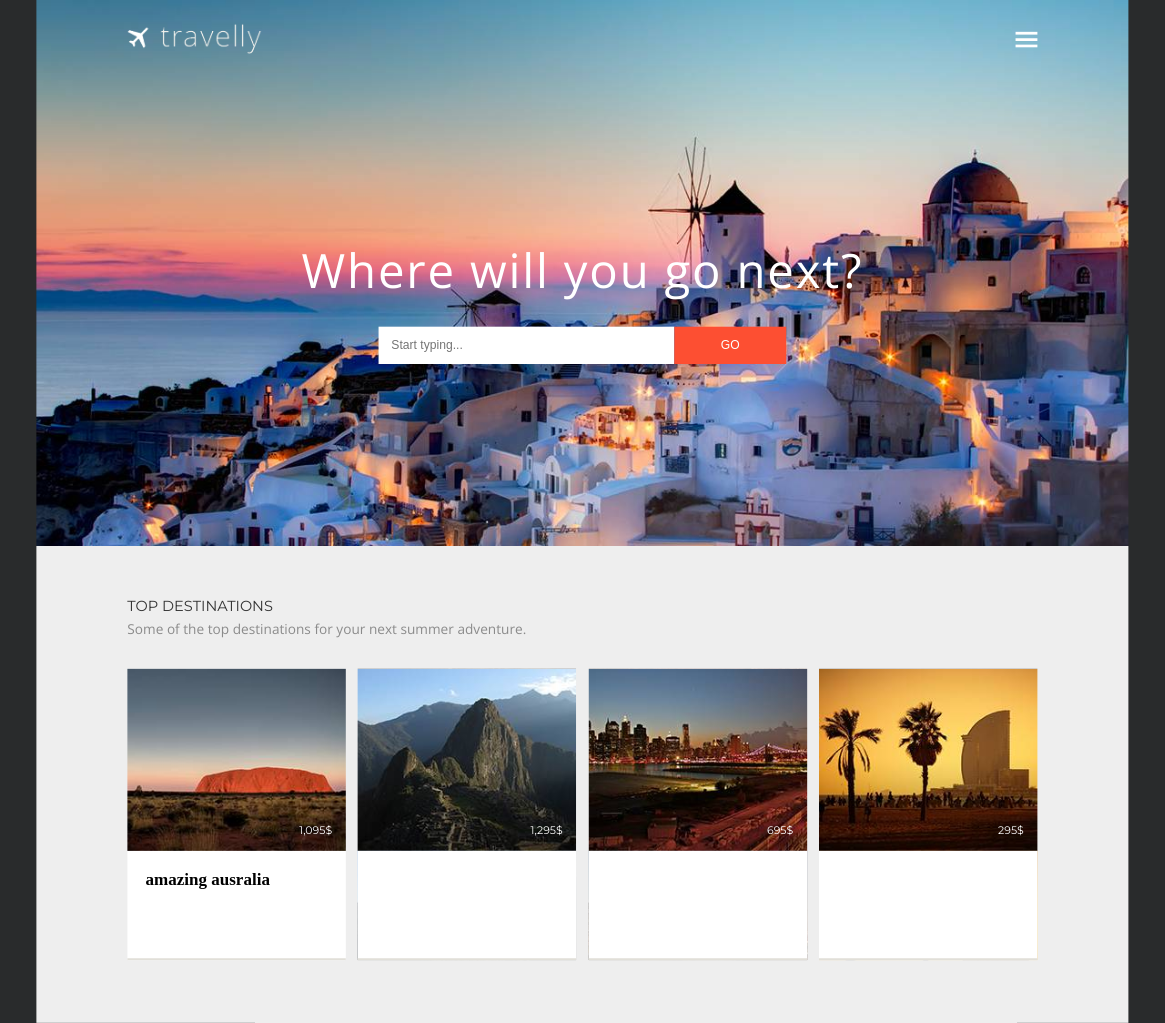
Repository: YusifHasanov/Web-Page-Template
Page: index.html
The author's editor kept a copy of each file at every save. The page is drawn from the files as they stood at one save, then again after the next save.
The browser window is 1280 px wide. The pictures show the whole page, at 91% of full size.

Above is the page before, as saved 2021-12-05 21:36:26.

After the next save:
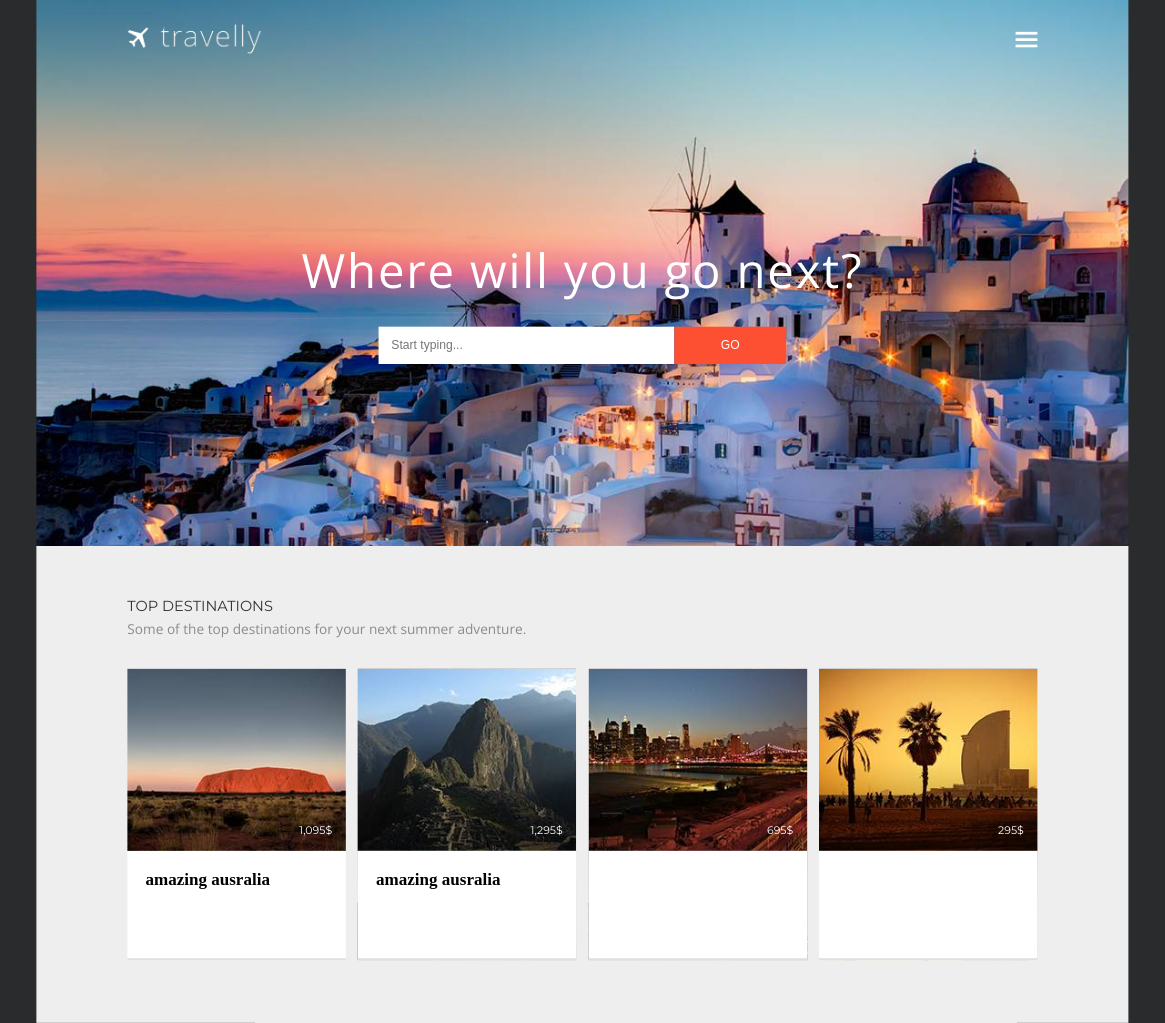
Saved 9 s later.
--- a/index.html
+++ b/index.html
@@ -42,7 +42,9 @@
                 <div class="top">
                    <span>1,295$</span>
                 </div>
-                <div class="down"></div>
+                <div class="down">
+                     <h3>amazing ausralia</h3>
+                </div>
               </div>
                 <!-- !3 -->
               <div class="flex-item n-america">
